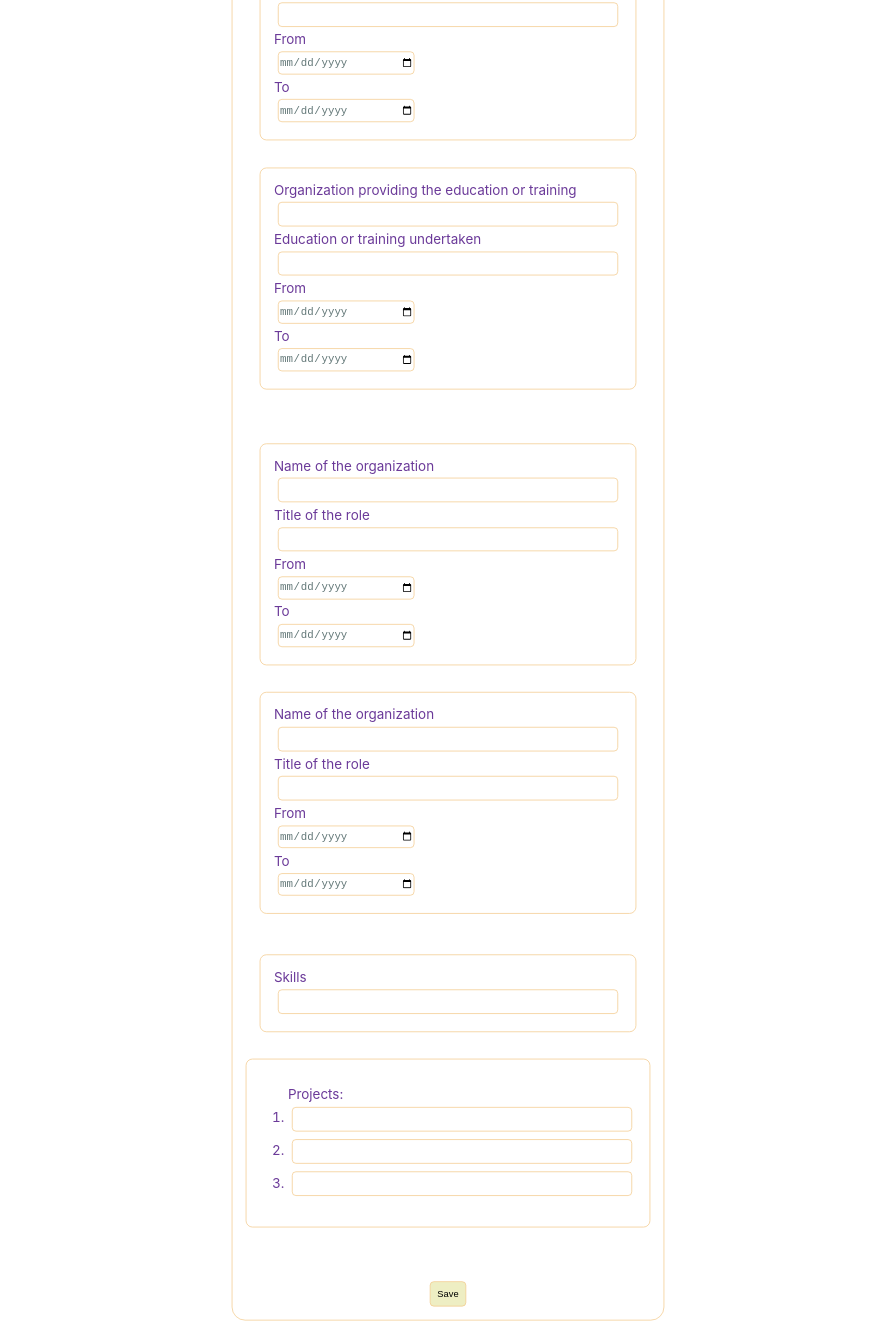
Repository: 0101chaitanya/resume-app
Page: /
The author's editor kept a copy of each file at every save. The page is drawn from the files as they stood at one save, then again after the next save.
The browser window is 1280 px wide. The pictures show the part of the page from y = 828 to 2748 px (the page is 2715 px tall before and 2748 px after), at 70% of full size.
The project was rebuilt for these pictures with package versions that can differ from the ones it lists, and the page was loaded fresh each time.

Above is the page before, as saved 2021-07-28 18:48:42.

After the next save:
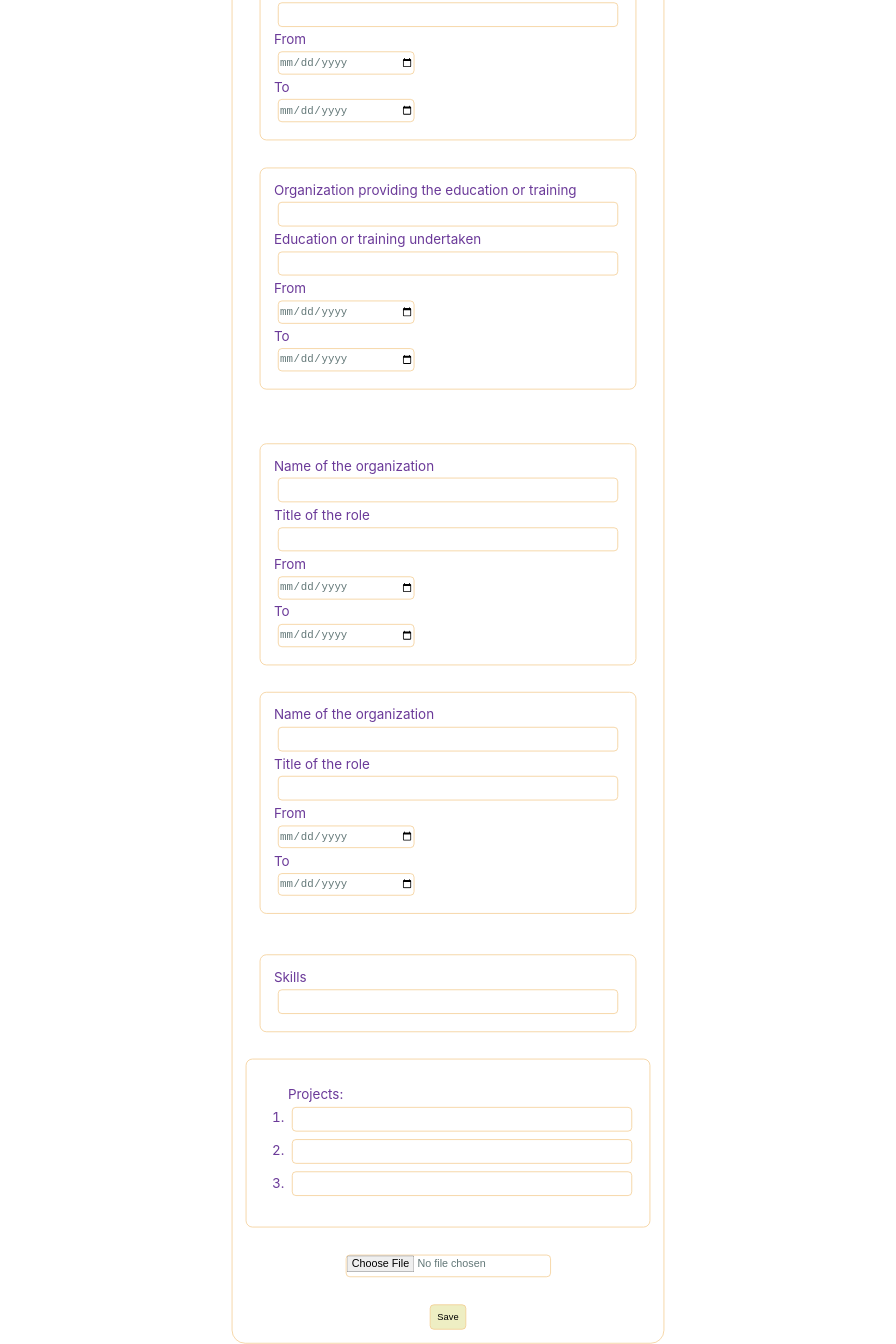
Saved 98 s later.
--- a/src/App.js
+++ b/src/App.js
@@ -42,6 +42,7 @@ function App() {
     project1: "",
     project2: "",
     project3: "",
+    file: "",
   });
   useEffect(() => {
     console.log(state);
@@ -157,7 +158,17 @@ function App() {
             </li>
           </ol>
         </div>
-        <div className="section section6"></div>
+        <div className="section section6">
+          <label htmlFor="file">
+            <input
+              id="file"
+              name="file"
+              onChange={onChange}
+              value={state.file}
+              type="file"
+            />
+          </label>
+        </div>
         <button type="submit">Save</button>
       </form>
     </div>
